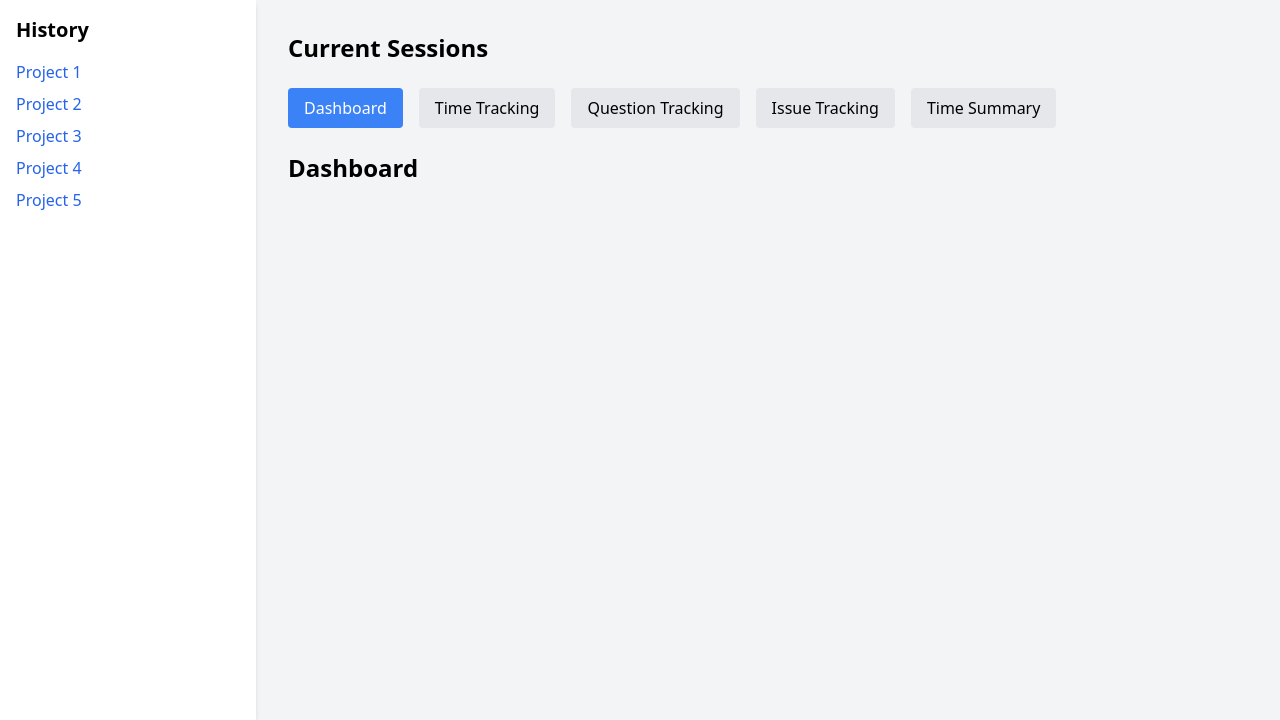
Repository: Mordecaied/Issac
Page: /dashboard (app in frontend/)
These files come from the project's save history. The page is drawn as it stood at one moment and after the next save; the edit follows.
The browser window is 1280 px wide. The pictures show the whole page.
The project was rebuilt for these pictures with package versions that can differ from the ones it lists, and the page was loaded fresh each time. Also part of the build but not shown: frontend/src/components/QuestionList.tsx, frontend/src/components/IssueList.tsx, frontend/src/components/TimerCard.tsx, frontend/src/components/TimeTracking.tsx, frontend/src/components/QuestionTracking.tsx, frontend/src/components/IssueTracking.tsx, frontend/src/components/TimeSummary.tsx.

Above is the page before, as saved 2024-08-06 15:10:33.

### frontend/src/index.html
<!DOCTYPE html>
<html lang="en">
<head>
    <meta charset="UTF-8">
    <meta name="viewport" content="width=device-width, initial-scale=1.0">
    <title>Issac - Productivity App</title>
</head>
<body>
    <div id="root"></div>
</body>
</html>

### frontend/src/index.tsx
import React from 'react';
import { createRoot } from 'react-dom/client';
import './index.css';
import App from './App';

const container = document.getElementById('root');
const root = createRoot(container!);
root.render(
  <React.StrictMode>
    <App />
  </React.StrictMode>
);

### frontend/src/App.tsx
import React, { useState } from 'react';
import { AppProvider } from './context/AppContext';
import Layout from './components/Layout';
import Dashboard from './components/Dashboard';
import TimeTracking from './components/TimeTracking';
import QuestionTracking from './components/QuestionTracking';
import IssueTracking from './components/IssueTracking';
import TimeSummary from './components/TimeSummary';

const App: React.FC = () => {
  const [activeTab, setActiveTab] = useState('dashboard');

  const renderContent = () => {
    switch (activeTab) {
      case 'dashboard':
        return <Dashboard />;
      case 'time':
        return <TimeTracking />;
      case 'questions':
        return <QuestionTracking />;
      case 'issues':
        return <IssueTracking />;
      case 'summary':
        return <TimeSummary />;
      default:
        return null;
    }
  };

  return (
    <AppProvider>
      <Layout>
        <div className="mb-6">
          <div className="flex space-x-4 mb-4">
            <button
              className={`px-4 py-2 rounded transition duration-150 ${activeTab === 'dashboard' ? 'bg-blue-500 text-white' : 'bg-gray-200 hover:bg-gray-300 active:bg-gray-400'}`}
              onClick={() => setActiveTab('dashboard')}
            >
              Dashboard
            </button>
            <button
              className={`px-4 py-2 rounded transition duration-150 ${activeTab === 'time' ? 'bg-blue-500 text-white' : 'bg-gray-200 hover:bg-gray-300 active:bg-gray-400'}`}
              onClick={() => setActiveTab('time')}
            >
              Time Tracking
            </button>
            <button
              className={`px-4 py-2 rounded transition duration-150 ${activeTab === 'questions' ? 'bg-blue-500 text-white' : 'bg-gray-200 hover:bg-gray-300 active:bg-gray-400'}`}
              onClick={() => setActiveTab('questions')}
            >
              Question Tracking
            </button>
            <button
              className={`px-4 py-2 rounded transition duration-150 ${activeTab === 'issues' ? 'bg-blue-500 text-white' : 'bg-gray-200 hover:bg-gray-300 active:bg-gray-400'}`}
              onClick={() => setActiveTab('issues')}
            >
              Issue Tracking
            </button>
            <button
              className={`px-4 py-2 rounded transition duration-150 ${activeTab === 'summary' ? 'bg-blue-500 text-white' : 'bg-gray-200 hover:bg-gray-300 active:bg-gray-400'}`}
              onClick={() => setActiveTab('summary')}
            >
              Time Summary
            </button>
          </div>
        </div>
        {renderContent()}
      </Layout>
    </AppProvider>
  );
};

export default App;

### frontend/src/context/AppContext.tsx
import React, { createContext, useContext, ReactNode, useState } from 'react';
import { useTimers } from '../hooks/useTimers';

export interface SubTimer {
  id: number;
  name: string;
  time: number;
  isRunning: boolean;
  lastUpdated: string;
}

export interface Timer {
  id: number;
  projectName: string;
  time: number;
  isRunning: boolean;
  subTimers: SubTimer[];
  lastUpdated: string;
}

export interface Question {
  id: number;
  timerId: number;
  text: string;
  answer: string;
  isAnswered: boolean;
}

export interface Issue {
  id: number;
  timerId: number;
  text: string;
  status: 'open' | 'in progress' | 'resolved';
}

interface AppContextType {
  timers: Timer[];
  questions: Question[];
  issues: Issue[];
  addTimer: (timer: Timer) => void;
  updateTimer: (timer: Timer) => void;
  deleteTimer: (id: number) => void;
  addSubTimer: (parentId: number, subTimer: SubTimer) => void;
  updateSubTimer: (parentId: number, subTimer: SubTimer) => void;
  addQuestion: (question: Question) => void;
  updateQuestion: (question: Question) => void;
  addIssue: (issue: Issue) => void;
  updateIssue: (issue: Issue) => void;
}

const AppContext = createContext<AppContextType | undefined>(undefined);

export const AppProvider: React.FC<{ children: ReactNode }> = ({ children }) => {
  const { timers, addTimer, updateTimer, deleteTimer, addSubTimer, updateSubTimer } = useTimers();
  const [questions, setQuestions] = useState<Question[]>([]);
  const [issues, setIssues] = useState<Issue[]>([]);

  const addQuestion = (question: Question) => setQuestions((prev: Question[]) => [...prev, question]);
  const updateQuestion = (updatedQuestion: Question) => {
    setQuestions((prev: Question[]) => prev.map((q: Question) => q.id === updatedQuestion.id ? updatedQuestion : q));
  };

  const addIssue = (issue: Issue) => setIssues((prev: Issue[]) => [...prev, issue]);
  const updateIssue = (updatedIssue: Issue) => {
    setIssues((prev: Issue[]) => prev.map((i: Issue) => i.id === updatedIssue.id ? updatedIssue : i));
  };

  return (
    <AppContext.Provider value={{
      timers,
      questions,
      issues,
      addTimer,
      updateTimer,
      deleteTimer,
      addSubTimer,
      updateSubTimer,
      addQuestion,
      updateQuestion,
      addIssue,
      updateIssue
    }}>
      {children}
    </AppContext.Provider>
  );
};

export const useAppContext = () => {
  const context = useContext(AppContext);
  if (context === undefined) {
    throw new Error('useAppContext must be used within an AppProvider');
  }
  return context;
};

### frontend/src/components/Layout.tsx
import React from 'react';

interface LayoutProps {
  children: React.ReactNode;
}

const Layout: React.FC<LayoutProps> = ({ children }) => {
  const projects = ['Project 1', 'Project 2', 'Project 3', 'Project 4', 'Project 5'];

  return (
    <div className="flex h-screen bg-gray-100">
      {/* Sidebar */}
      <div className="w-64 bg-white shadow-md">
        <div className="p-4">
          <h2 className="text-xl font-bold mb-4">History</h2>
          <ul>
            {projects.map((project, index) => (
              <li key={index} className="mb-2">
                <a href="#" className="text-blue-600 hover:text-blue-800">
                  {project}
                </a>
              </li>
            ))}
          </ul>
        </div>
      </div>

      {/* Main content */}
      <div className="flex-1 overflow-y-auto p-8">
        <h1 className="text-2xl font-bold mb-6">Current Sessions</h1>
        {children}
      </div>
    </div>
  );
};

export default Layout;

### frontend/src/components/Dashboard.tsx
import React, { useState } from 'react';
import { useAppContext } from '../context/AppContext';
import QuestionList from './QuestionList';
import IssueList from './IssueList';
import TimerCard from './TimerCard';

const Dashboard: React.FC = () => {
  const { timers } = useAppContext();
  const [expandedTimerId, setExpandedTimerId] = useState<number | null>(null);

  return (
    <div className="space-y-8">
      <h1 className="text-2xl font-bold mb-4">Dashboard</h1>
      {timers.map(timer => (
        <div key={timer.id} className="bg-white shadow-lg rounded-lg overflow-hidden">
          <TimerCard
            timer={timer}
            isExpanded={expandedTimerId === timer.id}
            onToggleExpand={() => setExpandedTimerId(expandedTimerId === timer.id ? null : timer.id)}
          />
          {expandedTimerId === timer.id && (
            <div className="p-4 bg-gray-50 border-t border-gray-200">
              <div className="grid grid-cols-1 md:grid-cols-2 gap-4">
                <div className="bg-white p-4 rounded shadow">
                  <h3 className="text-lg font-semibold mb-2">Questions</h3>
                  <QuestionList timerId={timer.id} />
                </div>
                <div className="bg-white p-4 rounded shadow">
                  <h3 className="text-lg font-semibold mb-2">Issues</h3>
                  <IssueList timerId={timer.id} />
                </div>
              </div>
            </div>
          )}
        </div>
      ))}
    </div>
  );
};

export default Dashboard;

### frontend/src/hooks/useTimers.ts
import { useState, useEffect, useRef } from 'react';
import { Timer, SubTimer } from '../context/AppContext';

export const useTimers = () => {
  const [timers, setTimers] = useState<Timer[]>([]);
  const timerIntervalRef = useRef<NodeJS.Timeout | null>(null);

  useEffect(() => {
    const updateRunningTimers = () => {
      setTimers(prevTimers =>
        prevTimers.map(timer => {
          let totalSubTime = 0;
          const updatedSubTimers = timer.subTimers.map(subTimer => {
            if (subTimer.isRunning) {
              const newTime = subTimer.time + 1;
              totalSubTime += 1;
              return { ...subTimer, time: newTime, lastUpdated: new Date().toISOString() };
            }
            return subTimer;
          });

          const newTime = timer.isRunning ? timer.time + 1 : timer.time;
          return {
            ...timer,
            time: newTime + totalSubTime,
            subTimers: updatedSubTimers,
            lastUpdated: timer.isRunning || totalSubTime > 0 ? new Date().toISOString() : timer.lastUpdated
          };
        })
      );
    };

    timerIntervalRef.current = setInterval(updateRunningTimers, 1000);

    return () => {
      if (timerIntervalRef.current) {
        clearInterval(timerIntervalRef.current);
      }
    };
  }, []);

  const addTimer = (timer: Timer) => setTimers(prev => [...prev, { ...timer, lastUpdated: new Date().toISOString() }]);

  const updateTimer = (updatedTimer: Timer) => {
    setTimers(prev => prev.map(timer =>
      timer.id === updatedTimer.id
        ? { ...updatedTimer, lastUpdated: new Date().toISOString() }
        : timer
    ));
  };

  const deleteTimer = (id: number) => {
    setTimers(prev => prev.filter(timer => timer.id !== id));
  };

  const addSubTimer = (parentId: number, subTimer: SubTimer) => {
    setTimers(prev => prev.map(timer =>
      timer.id === parentId
        ? { ...timer, subTimers: [...timer.subTimers, { ...subTimer, lastUpdated: new Date().toISOString() }] }
        : timer
    ));
  };

  const updateSubTimer = (parentId: number, updatedSubTimer: SubTimer) => {
    setTimers(prev => prev.map(timer =>
      timer.id === parentId
        ? {
            ...timer,
            subTimers: timer.subTimers.map(sub =>
              sub.id === updatedSubTimer.id
                ? { ...updatedSubTimer, lastUpdated: new Date().toISOString() }
                : sub
            )
          }
        : timer
    ));
  };

  return { timers, addTimer, updateTimer, deleteTimer, addSubTimer, updateSubTimer };
};

### frontend/tailwind.config.js
module.exports = {
  content: [
    "./src/**/*.{js,jsx,ts,tsx}",
    "./public/index.html"
  ],
  theme: {
    extend: {},
  },
  plugins: [],
}

Loaded but not shown: frontend/src/index.css (common file)

After the next save:
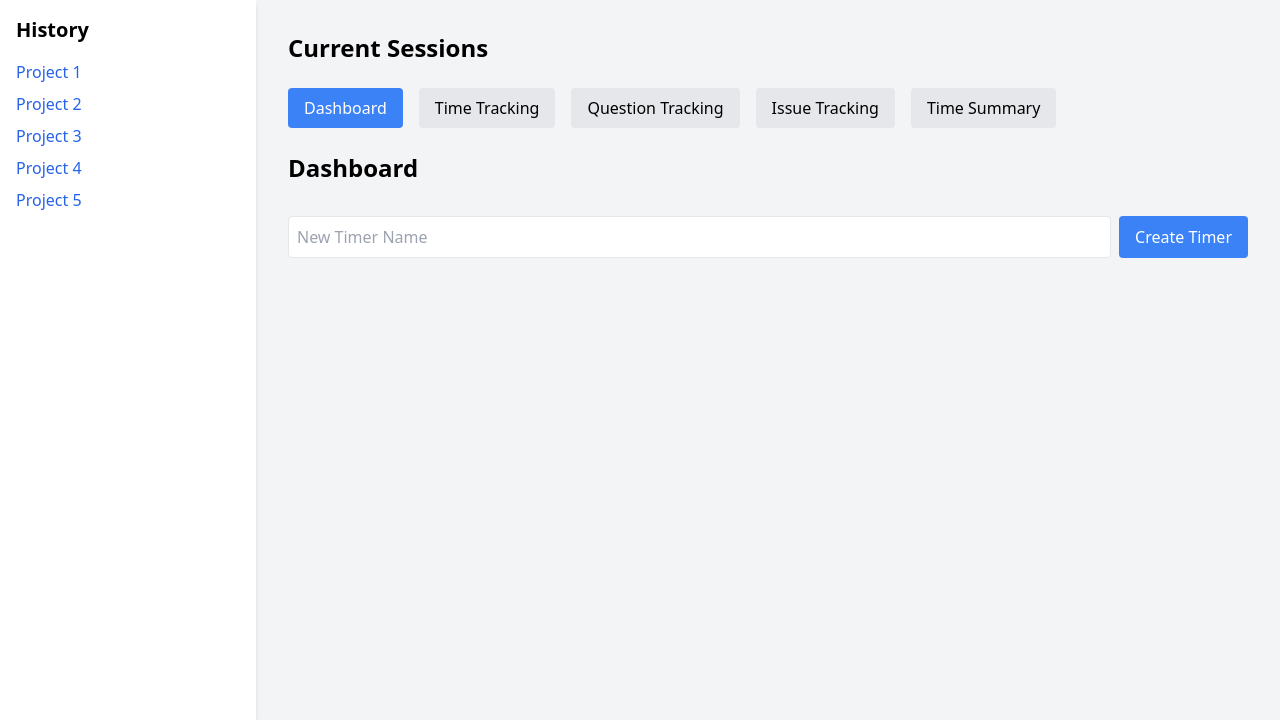
Saved 13 s later.
--- a/frontend/src/components/Dashboard.tsx
+++ b/frontend/src/components/Dashboard.tsx
@@ -5,21 +5,51 @@ import IssueList from './IssueList';
 import TimerCard from './TimerCard';
 
 const Dashboard: React.FC = () => {
-  const { timers } = useAppContext();
+  const { timers, addTimer } = useAppContext();
   const [expandedTimerId, setExpandedTimerId] = useState<number | null>(null);
+  const [newTimerName, setNewTimerName] = useState('');
+
+  const handleCreateTimer = () => {
+    if (newTimerName.trim() !== '') {
+      addTimer({
+        id: Date.now(),
+        projectName: newTimerName,
+        time: 0,
+        isRunning: false,
+        subTimers: [],
+        lastUpdated: new Date().toISOString()
+      });
+      setNewTimerName('');
+    }
+  };
 
   return (
     <div className="space-y-8">
       <h1 className="text-2xl font-bold mb-4">Dashboard</h1>
+      <div className="mb-4 flex">
+        <input
+          type="text"
+          value={newTimerName}
+          onChange={(e) => setNewTimerName(e.target.value)}
+          placeholder="New Timer Name"
+          className="flex-grow p-2 border rounded mr-2"
+        />
+        <button
+          onClick={handleCreateTimer}
+          className="bg-blue-500 text-white px-4 py-2 rounded hover:bg-blue-600"
+        >
+          Create Timer
+        </button>
+      </div>
       {timers.map(timer => (
-        <div key={timer.id} className="bg-white shadow-lg rounded-lg overflow-hidden">
+        <div key={timer.id}>
           <TimerCard
             timer={timer}
             isExpanded={expandedTimerId === timer.id}
             onToggleExpand={() => setExpandedTimerId(expandedTimerId === timer.id ? null : timer.id)}
           />
           {expandedTimerId === timer.id && (
-            <div className="p-4 bg-gray-50 border-t border-gray-200">
+            <div className="mt-4 ml-8">
               <div className="grid grid-cols-1 md:grid-cols-2 gap-4">
                 <div className="bg-white p-4 rounded shadow">
                   <h3 className="text-lg font-semibold mb-2">Questions</h3>
